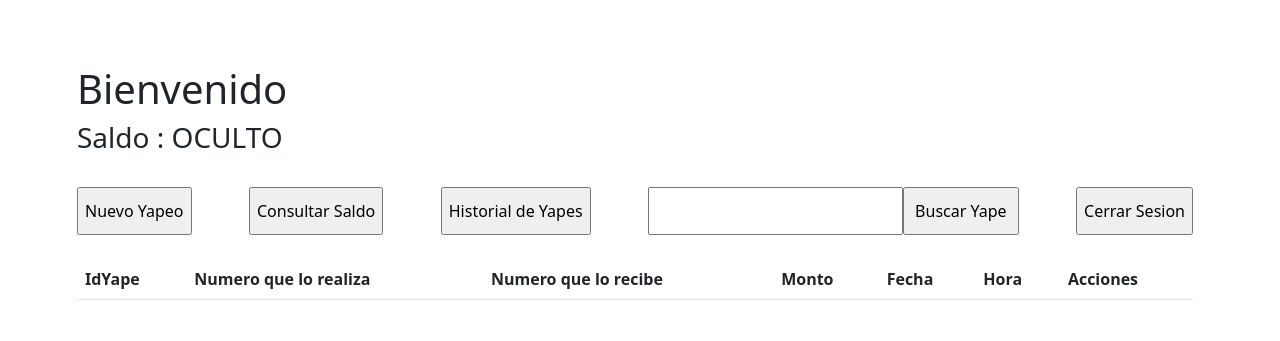
Repository: Gimblet/LP1_Proyecto_Yape
Page: http://localhost/Yape/clientDashboard.jsp
An editor plug-in stored every save of this project. The page is shown before and after the next save, followed by the edit.
The browser window is 1280 px wide. The pictures show the whole page.
The page is served by Tomcat 9. Other server files are loaded and not shown. The template is opened directly, without the code that normally fills it, so the values that code supplies are empty.

Above is the page before, as saved 2024-04-20 06:45:01.

### Yape/src/main/webapp/clientDashboard.jsp
<%@ page import="java.util.List"%>
<%@ page import="data.Yapes"%>
<%@ page import="data.Logins"%>
<%@ page language="java" contentType="text/html; charset=ISO-8859-1" pageEncoding="ISO-8859-1" %>
<%
	double dinero = 0.0;
	if(request.getAttribute("saldo") != null){
		Logins saldo = (Logins) request.getAttribute("saldo");
		dinero = saldo.getSaldo();
	}
	List<Yapes> yapeList = (List<Yapes>) request.getAttribute("ListaYapes");
%>
        <!DOCTYPE html>
        <html>

        <head>
            <meta charset="ISO-8859-1">
            <title>Client Dashboard</title>
            <link href="https://cdn.jsdelivr.net/npm/bootstrap@5.1.3/dist/css/bootstrap.min.css" rel="stylesheet">
            <style>
                .container {
                    margin: 65px;
                }

                .buscarContainer > *{
                	padding: 10px;
                }

                form {
                    display: flex;
                    justify-content: space-between;
                }

                input:hover {
                    cursor: pointer;
                }

                form div {
                    justify-self: start;
                    display: flex;
                }
            </style>
        </head>

        <body>
            <div class="container">
                <h1>Bienvenido</h1>
                <h3>Saldo : <% if(dinero == 0.0) { %>OCULTO<% } else { %><%= dinero %><% } %></h3>
                <br>
                <div>
                    <form action="Servlet" method="post">
                        <input type="submit" value="Nuevo Yapeo" name="type">
                        <input type="submit" value="Consultar Saldo" name="type">
                        <input type="submit" value="Historial de Yapes" name="type">
                        <div class="buscarContainer">
                        	<input type="text" name="txtBuscar">
                        	<input type="submit" value="Buscar Yape" name="type">
                        </div>
                        <input type="submit" value="Cerrar Sesion" name="type">
                    </form>
                    <br>
                </div>
                <table class="table">
                    <thead>
                        <tr>
                            <th>IdYape</th>
                            <th>Numero que lo realiza</th>
                            <th>Numero que lo recibe</th>
                            <th>Monto</th>
                            <th>Fecha</th>
                            <th>Hora</th>
                            <th>Acciones</th>
                        </tr>
                    </thead>
                    <tbody>
                   			<%
								if(yapeList != null){
									for(Yapes item : yapeList){
							%>
						<tr>
							<td><%= item.getIdYape() %></td>
							<td><%= item.getNumeroRealizante() %></td>
							<td><%= item.getNumeroRecibiente() %></td>
							<td><%= item.getMonto() %></td>
							<td><%= item.getFecha() %></td>
							<td><%= item.getHora() %></td>

						</tr>
						<%
									}
								}
							%>
                    </tbody>
                </table>
            </div>
        </body>

        </html>

After the next save:
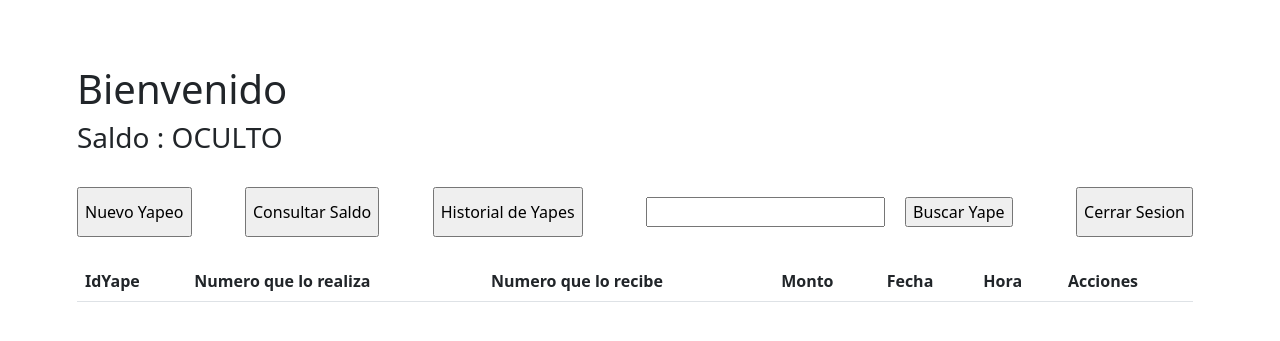
Saved 12 s later.
--- a/Yape/src/main/webapp/clientDashboard.jsp
+++ b/Yape/src/main/webapp/clientDashboard.jsp
@@ -23,7 +23,7 @@
                 }
 
                 .buscarContainer > *{
-                	padding: 10px;
+                	margin: 10px;
                 }
 
                 form {
